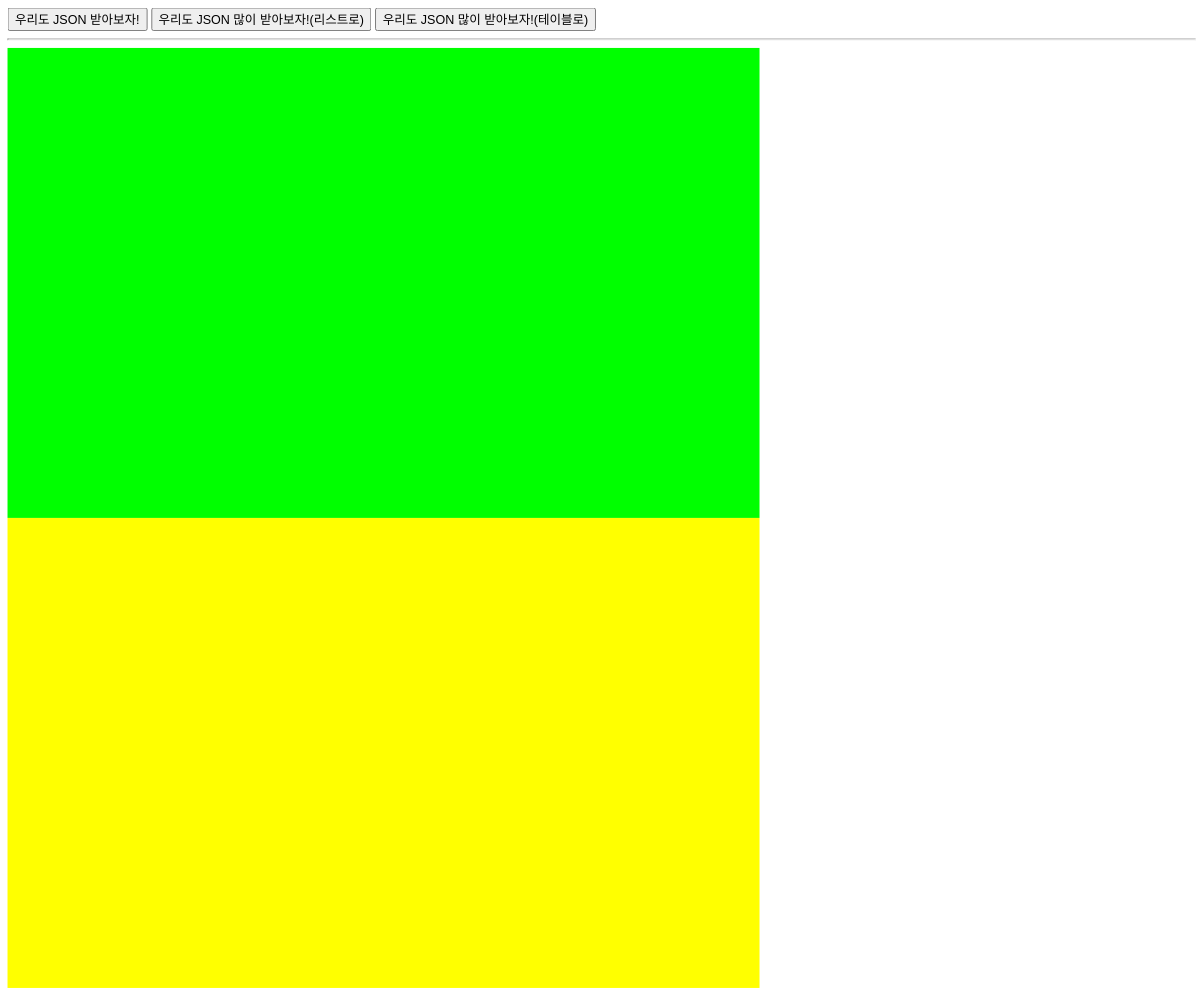
Repository: JayMon0327/Multicampus
Page: http://localhost/spring03/rest3.jsp
An editor plug-in stored every save of this project. The page is shown before and after the next save, followed by the edit.
The browser window is 1280 px wide. The pictures show the whole page, at 94% of full size.
The page is served by Tomcat 9. Nobody is signed in. The application's start-up code is not run. Other server files are loaded and not shown.

Above is the page before, as saved 2022-12-09 01:39:58.

### spring03/src/main/webapp/rest3.jsp
<%@ page language="java" contentType="text/html; charset=UTF-8"
    pageEncoding="UTF-8"%>
<!DOCTYPE html>
<html>
<head>
<meta charset="UTF-8">
<title>Insert title here</title>
<script src="https://code.jquery.com/jquery-3.6.0.js"></script>
<script type="text/javascript">
	$(function() {
		$('#b1').click(function() {
			$.ajax({
				url : "jsonResponse1",
				dataType : "json",
				success : function(json) {
					alert(json)
					$('#d1').append(json.id + "<br>" +
								json.name + " " +
								json.url + " " +
								json.img)
				} //success
			})//ajax
		}) //b1
		$('#b2').click(function() {
			$.ajax({
				url : "jsonResponse2",
				dataType : "json",
				success : function(array) {
					//alert(array)
					//alert(array[0].id)
					for(i = 0; i < array.length; i++){
						console.log(array[i].id + " "+ array[i].img)
						$('#d1').append(
								"아이디: " + array[i].id +
								" 북마크이름: " + array[i].name +
								" url: <a href=" + array[i].url + ">GO URL</a>" +
								" img: <img src=" + array[i].img + "><br>"
						)//d1
					}//for
				} //success
			})//ajax
		}) //b2
		$('#b3').click(function() {
			$.ajax({
				url : "jsonResponse2",
				dataType : "json",
				success : function(array) {
					//alert(array)
					//alert(array[0].id)
					$('#d2').append("<table border=1><tr><td>아이디</td><td>북마크이름</td><td>url</td><td>img</td></tr>")
					for(i = 0; i < array.length; i++){
						console.log(array[i].id + " "+ array[i].img)
						$('#d2').append(
								"<tr>" +
								"<td>" + array[i].id +
								"</td><td>" + array[i].name +
								"</td><td><a href=" + array[i].url + ">GO URL</a>" +
								"</td><td>img: <img src=" + array[i].img + " width=100 height=100>" +
								"</td></tr>"
						)//d2
					}//for
					$("#d2").append("</table>")
				} //success
			})//ajax
		}) //b3
	}) //$
</script>
</head>
<body>
<button id="b1">우리도 JSON 받아보자!</button>
<button id="b2">우리도 JSON 많이 받아보자!(리스트로)</button>
<button id="b3">우리도 JSON 많이 받아보자!(테이블로)</button>
<hr>
<div id="d2" style="background: lime; width: 800px; height: 500px;"></div>
<div id="d1" style="background: yellow; width: 800px; height: 500px;"></div>
</body>
</html>

After the next save:
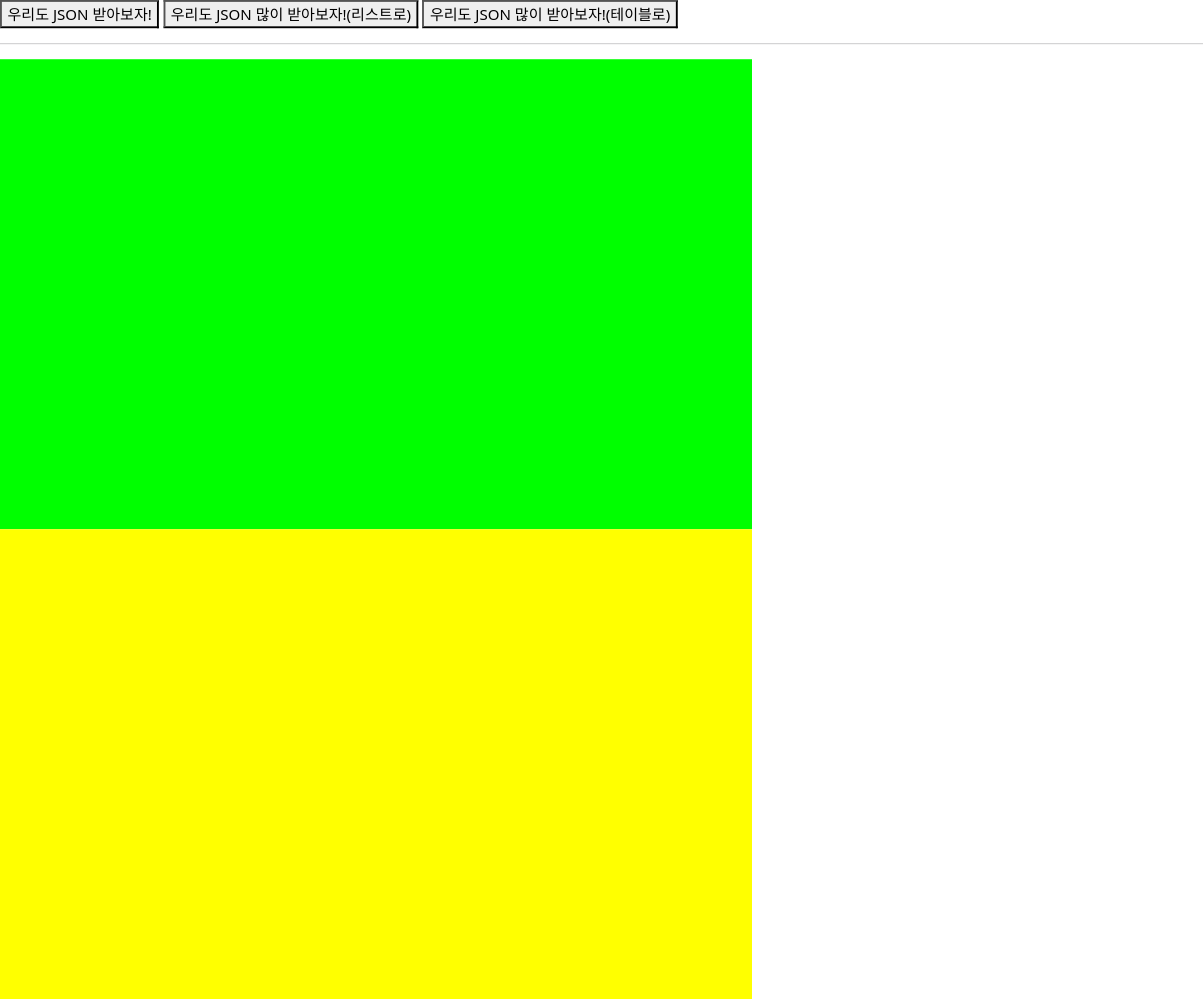
Saved 92 s later.
--- a/spring03/src/main/webapp/rest3.jsp
+++ b/spring03/src/main/webapp/rest3.jsp
@@ -6,6 +6,13 @@
 <meta charset="UTF-8">
 <title>Insert title here</title>
 <script src="https://code.jquery.com/jquery-3.6.0.js"></script>
+<link
+	href="https://cdn.jsdelivr.net/npm/bootstrap@5.2.3/dist/css/bootstrap.min.css"
+	rel="stylesheet">
+
+<script
+	src="https://cdn.jsdelivr.net/npm/bootstrap@5.2.3/dist/js/bootstrap.bundle.min.js"></script>
+
 <script type="text/javascript">
 	$(function() {
 		$('#b1').click(function() {
